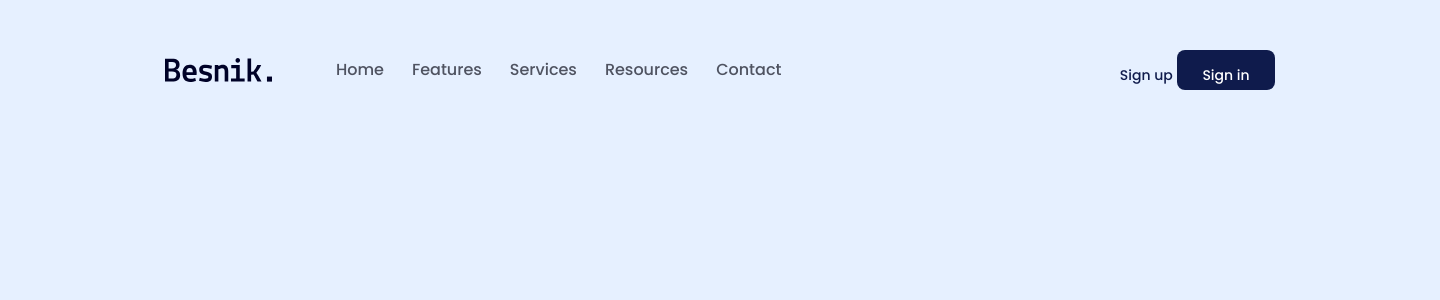
Repository: datvu1608/dv-htmlcss-01
Page: index.html
These files come from the project's save history. The page is drawn as it stood at one moment and after the next save; the edit follows.
The browser window is 1280 px wide. The page is 1440 px wide, so the pictures cover 1440 px, including what lies to the right of the window. The pictures show the whole page.

Above is the page before, as saved 2023-06-01 14:30:15.

### index.html
<!DOCTYPE html>
<html lang="en">
  <head>
    <meta charset="UTF-8" />
    <meta http-equiv="X-UA-Compatible" content="IE=edge" />
    <meta name="viewport" content="width=device-width, initial-scale=1.0" />
    <title>Project 1</title>
    <link rel="stylesheet" href="./assets/css/reset.css" />
    <link rel="stylesheet" href="./assets/fonts/stylesheet.css" />
    <link rel="stylesheet" href="./assets/css/style.css" />
  </head>
  <body>
    <main>
      <!-- Header -->
      <header class="header">
        <div class="content">
          <nav class="navbar">
            <!-- logo -->
            <img src="./assets/img/Logo.svg" alt="Besnik" />
            <!-- navigation -->
            <ul>
              <li><a href="#!">Home</a></li>
              <li><a href="#!">Features</a></li>
              <li><a href="#!">Services</a></li>
              <li><a href="#!">Resources</a></li>
              <li><a href="#!">Contact</a></li>
            </ul>
            <!-- action -->
            <div class="actions">
              <a href="#!" class="action-link">Sign up</a>
              <a href="#!" class="btn action-btn">Sign in</a>
            </div>
          </nav>
        </div>
      </header>
    </main>
  </body>
</html>

### assets/fonts/stylesheet.css
/* ============ Poppins =================== */
@font-face {
  font-family: 'Poppins';
  src: url('Poppins-BlackItalic.woff2') format('woff2'),
    url('Poppins-BlackItalic.woff') format('woff');
  font-weight: 900;
  font-style: italic;
  font-display: swap;
}

@font-face {
  font-family: 'Poppins';
  src: url('Poppins-Bold.woff2') format('woff2'),
    url('Poppins-Bold.woff') format('woff');
  font-weight: bold;
  font-style: normal;
  font-display: swap;
}

@font-face {
  font-family: 'Poppins';
  src: url('Poppins-Black.woff2') format('woff2'),
    url('Poppins-Black.woff') format('woff');
  font-weight: 900;
  font-style: normal;
  font-display: swap;
}

@font-face {
  font-family: 'Poppins';
  src: url('Poppins-BoldItalic.woff2') format('woff2'),
    url('Poppins-BoldItalic.woff') format('woff');
  font-weight: bold;
  font-style: italic;
  font-display: swap;
}

@font-face {
  font-family: 'Poppins';
  src: url('Poppins-ExtraBoldItalic.woff2') format('woff2'),
    url('Poppins-ExtraBoldItalic.woff') format('woff');
  font-weight: bold;
  font-style: italic;
  font-display: swap;
}

@font-face {
  font-family: 'Poppins';
  src: url('Poppins-ExtraLightItalic.woff2') format('woff2'),
    url('Poppins-ExtraLightItalic.woff') format('woff');
  font-weight: 200;
  font-style: italic;
  font-display: swap;
}

@font-face {
  font-family: 'Poppins';
  src: url('Poppins-LightItalic.woff2') format('woff2'),
    url('Poppins-LightItalic.woff') format('woff');
  font-weight: 300;
  font-style: italic;
  font-display: swap;
}

@font-face {
  font-family: 'Poppins';
  src: url('Poppins-ExtraBold.woff2') format('woff2'),
    url('Poppins-ExtraBold.woff') format('woff');
  font-weight: bold;
  font-style: normal;
  font-display: swap;
}

@font-face {
  font-family: 'Poppins';
  src: url('Poppins-Italic.woff2') format('woff2'),
    url('Poppins-Italic.woff') format('woff');
  font-weight: normal;
  font-style: italic;
  font-display: swap;
}

@font-face {
  font-family: 'Poppins';
  src: url('Poppins-Light.woff2') format('woff2'),
    url('Poppins-Light.woff') format('woff');
  font-weight: 300;
  font-style: normal;
  font-display: swap;
}

@font-face {
  font-family: 'Poppins';
  src: url('Poppins-ExtraLight.woff2') format('woff2'),
    url('Poppins-ExtraLight.woff') format('woff');
  font-weight: 200;
  font-style: normal;
  font-display: swap;
}

@font-face {
  font-family: 'Poppins';
  src: url('Poppins-Medium.woff2') format('woff2'),
    url('Poppins-Medium.woff') format('woff');
  font-weight: 500;
  font-style: normal;
  font-display: swap;
}

@font-face {
  font-family: 'Poppins';
  src: url('Poppins-Regular.woff2') format('woff2'),
    url('Poppins-Regular.woff') format('woff');
  font-weight: normal;
  font-style: normal;
  font-display: swap;
}

@font-face {
  font-family: 'Poppins';
  src: url('Poppins-SemiBold.woff2') format('woff2'),
    url('Poppins-SemiBold.woff') format('woff');
  font-weight: 600;
  font-style: normal;
  font-display: swap;
}

@font-face {
  font-family: 'Poppins';
  src: url('Poppins-ThinItalic.woff2') format('woff2'),
    url('Poppins-ThinItalic.woff') format('woff');
  font-weight: 100;
  font-style: italic;
  font-display: swap;
}

@font-face {
  font-family: 'Poppins';
  src: url('Poppins-MediumItalic.woff2') format('woff2'),
    url('Poppins-MediumItalic.woff') format('woff');
  font-weight: 500;
  font-style: italic;
  font-display: swap;
}

@font-face {
  font-family: 'Poppins';
  src: url('Poppins-Thin.woff2') format('woff2'),
    url('Poppins-Thin.woff') format('woff');
  font-weight: 100;
  font-style: normal;
  font-display: swap;
}

@font-face {
  font-family: 'Poppins';
  src: url('Poppins-SemiBoldItalic.woff2') format('woff2'),
    url('Poppins-SemiBoldItalic.woff') format('woff');
  font-weight: 600;
  font-style: italic;
  font-display: swap;
}
/* ============ Poppins =================== */

### assets/css/style.css
* {
  box-sizing: border-box;
}
html {
  font-size: 62.5%;
}
body {
  font-size: 1.6rem;
  font-family: 'Poppins', sans-serif;
}

/* Common */
a {
  text-decoration: none;
}
.content {
  width: 1110px;
  margin-left: auto;
  margin-right: auto;
}
.btn {
  display: inline-block;
  padding: 18px 16px;
  min-width: 98px;
  background: #0f1b4c;
  border-radius: 8px;
  font-weight: 500;
  font-size: 1.4rem;
  text-align: center;
  color: #fff;
}

/* Header */
.header {
  width: 1440px;
  height: 100vh;
  background: #e6f0ff;
}

.navbar {
  display: flex;
  align-items: center;
  padding-top: 50px;
}

.navbar ul {
  display: flex;
  margin-left: 50px;
}

.navbar .actions {
  margin-left: auto;
}
.navbar ul a {
  font-weight: 500;
  font-size: 1s4rem;
  color: #4f5361;
  padding: 8px 1.4rem;
}
.navbar .action-link {
  font-size: 1.4rem;
  color: #0f1b4c;
  font-weight: 500;
}
.navbar .action-btn {
  height: 40px;
  text-align: center;
}

Loaded but not shown: assets/css/reset.css (common file)

After the next save:
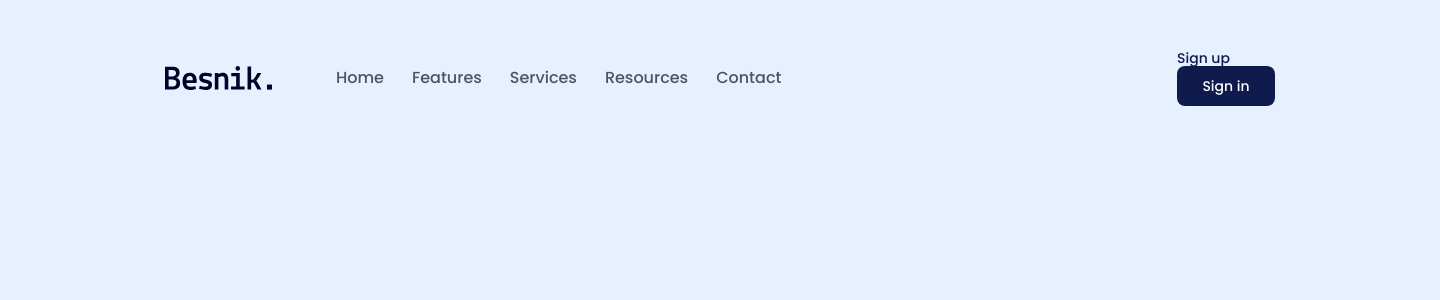
Saved 12 s later.
--- a/assets/css/style.css
+++ b/assets/css/style.css
@@ -64,5 +64,7 @@
 }
 .navbar .action-btn {
   height: 40px;
-  text-align: center;
+  display: flex;
+  align-items: center;
+  justify-content: center;
 }

After the save that followed:
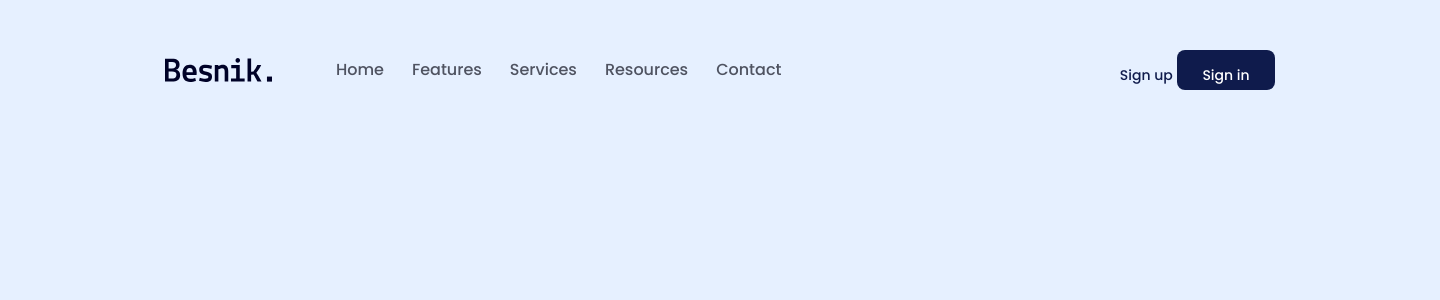
Saved 22 s later.
--- a/assets/css/style.css
+++ b/assets/css/style.css
@@ -64,7 +64,4 @@
 }
 .navbar .action-btn {
   height: 40px;
-  display: flex;
-  align-items: center;
-  justify-content: center;
 }
